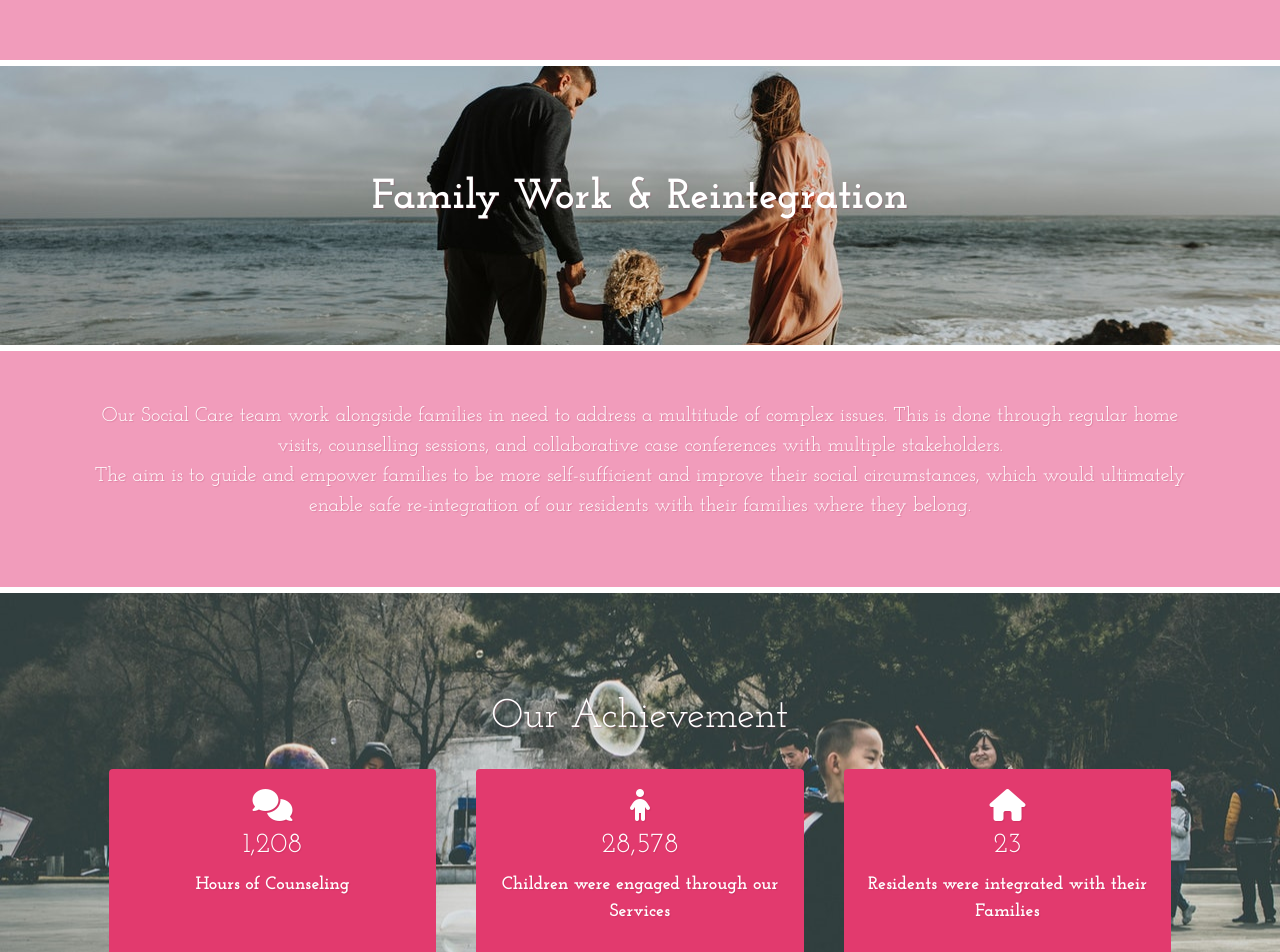
Repository: Code-Institute-Submissions/Jasonngyt-Project1
Page: services.html
The author's editor kept a record of every edit. The page is drawn from the files as they stood at one moment, then again after the next edit.
The browser window is 1280 px wide. The pictures show the part of the page from y = 1157 to 2109 px (the page is 2863 px tall).
A picture or video elsewhere on the page could not be fetched, so the positions and the page height are approximate. Backgrounds fixed to the window are drawn as part of the page. Some web fonts or font styles are not loaded; a fallback is used. Some web libraries are served in a nearby version.

Above is the page before.

### services.html
<!DOCTYPE html>
<html lang="en">
<head>
    <meta charset="UTF-8">
    <meta name="viewport" content="width=device-width, initial-scale=1.0">
    <meta http-equiv="X-UA-Compatible" content="ie=edge">
    <title>Our Services</title>

    <!-- Bootsrap CSS -->
    <link rel="stylesheet" href="https://stackpath.bootstrapcdn.com/bootstrap/4.3.1/css/bootstrap.min.css" integrity="sha384-ggOyR0iXCbMQv3Xipma34MD+dH/1fQ784/j6cY/iJTQUOhcWr7x9JvoRxT2MZw1T" crossorigin="anonymous">

    <!-- Font Awesome -->
    <script src="https://kit.fontawesome.com/749eb0769b.js"></script>

    <!--Google Font -->
    <link href="https://fonts.googleapis.com/css?family=PT+Serif+Caption&display=swap" rel="stylesheet">

    <!-- mystyle.css -->
    <link rel="stylesheet" href="CSSstyle/mystyle2.css" type="text/css"/>

</head>
<body>

    <!-- Header Navbar -->
    <nav class="navbar navbar-expand-md navbar-light font-weight-bold header_nav">
        <div class="container-fluid d-inline-flex">
            <a class="navbar-brand" href="index1.html">
            <img src ="image/logo.png" class ="w-25"></a>
            <button class="navbar-toggler" type="button" data-toggle="collapse" data-target="#navbarSupportedContent">
                <span class="navbar-toggler-icon"></span>
            </button>

            <div class="collapse navbar-collapse" id="navbarSupportedContent">
                <ul class="navbar-nav ml-auto">
                    <li class="nav-item active">
                        <a class="nav-link nav text-uppercase" href="index1.html"><strong>About</strong><span class="sr-only">(current)</span></a>
                    </li>
                    <li class="nav-item">
                        <a class="nav-link text-uppercase" href="services.html"><strong>Our Services</strong></a>
                    </li>
                    <li class="nav-item">
                        <a class="nav-link text-uppercase" href="enquiry.html" tabindex="-1"><strong>Contact Us</strong></a>
                    </li>
                </ul>
            </div>
        </div>
    </nav>


    <!-- Our Services -->

    <h1>Our Services</h1>
    <div class="service1_photo font-weight-bold">
        <p>Casework & Counselling</p>
    </div>

    <div class="service_word">
        <p class="container">
            Residents in our care are provided individually tailored Care Plans, managed by our Social and Case Workers.
            <br>Casework interventions, therapeutic services and counselling support, are other important services provided
            <br>to address the various behavioural, social and emotional needs of our residents.
        </p>
    </div>

    <div class="service2_photo font-weight-bold">
        <p>Art & Play Therapy</p>
    </div>

    <div class="service_word">
        <p class="container">
            To ensure that our residents benefit as much as they can during their stay in Melrose Home, art and play therapies have been made available to those residents with higher needs.
            Art therapy in both individual and group formats were offered to both children and youths, while play therapy was offered on an individual basis.
            The art and play therapies complemented the various social work interventions in meeting the needs of our residents holistically and were very well received by the residents.
        </p>
    </div>

     <div class="service3_photo font-weight-bold">
        <p>Family Work & Reintegration</p>
    </div>

    <div class="service_word">
        <p class="container">
            Our Social Care team work alongside families in need to address a multitude of complex issues.  This is done through regular home visits, counselling sessions, and collaborative case conferences with multiple stakeholders.
            <br>The aim is to guide and empower families to be more self-sufficient and improve their social circumstances, which would ultimately enable safe re-integration of our residents with their families where they belong.
        </p>
    </div>


     <!-- Our Achievement -->

    <div class="achievement_photo">
        <h1>Our Achievement</h1>
        <div class="row justify-content-center">
            <div class="achievement rounded col-sm-12 col-md-3 font-weight-bold text-center"><h2 class="fas fa-comments"></h2><h3>1,208</h3> <p> Hours of Counseling </p></div>
            <div class="achievement rounded col-sm-12 col-md-3 font-weight-bold text-center"><h2 class="fas fa-child"></h2><h3>28,578</h3> <p> Children were engaged through our Services </p></div>
            <div class="achievement rounded col-sm-12 col-md-3 font-weight-bold text-center"><h2 class="fas fa-home"></h2><h3>23</h3> <p> Residents were integrated with their Families </p></div>
        </div>
    </div>


    <!-- Our Event -->

    <div class="container">
        <h2>Children Home Events</h2>
        <div class="row m-2">
            <div class="col-sm-5 col-md-3 card-img-top"><img src ="image/event1_photo.jpg" class ="w-100">
                <div class="card-body text-center shadow event_style">Art & Craft Session with Volunteer</div>
            </div>
            <div class="col-sm-5 col-md-3 card-img-top"><img src ="image/event2_photo.png" class ="w-100">
                <div class="card-body text-center shadow event_style">Preloved Toys Donated to  Children Home</div>
            </div>
            <div class="col-sm-5 col-md-3 card-img-top"><img src ="image/event3_photo.jpg" class ="w-100" style="height:152px;">
                <div class="card-body text-center shadow event_style">Children re-painted Dormitory</div>
            </div>
            <div class="col-sm-5 col-md-3 card-img-top"><img src ="image/event4_photo.jpg" class ="w-100" style="height:152px;">
                <div class="card-body text-center shadow event_style">Children Artwork for Charity Drive</div>
            </div>
        </div>
        <div class="row m-2">
            <div class="col-sm-5 col-md-3 card-img-top"><img src ="image/event5_photo.jpg" class ="w-100 d-sm-none d-md-block">
                <div class="card-body text-center shadow event_style">Children Playtime</div>
            </div>
            <div class="col-sm-5 col-md-3 card-img-top"><img src ="image/event6_photo.jpg" class ="w-100 d-sm-none d-md-block">
                <div class="card-body text-center shadow event_style">Annual Athletic Meet</div>
            </div>
            <div class="col-sm-5 col-md-3 card-img-top"><img src ="image/event7_photo.jpg" class ="w-100 d-sm-none d-md-block">
                <div class="card-body text-center shadow event_style">Art Therapy Session</div>
            </div>
            <div class="col-sm-5 col-md-3 card-img-top"><img src ="image/event8_photo.jpg" class ="w-100 d-sm-none d-md-block">
                <div class="card-body text-center shadow event_style">Cooking Lesson by Volunteer</div>
            </div>
        </div>
    </div>


    <!-- Footer Navbar -->

    <nav class="navbar navbar-light justify-content-md-center footer_nav">
        <div class="row pr-mb-3 p-sm-2">
            <div class="fas fa-map-marked-alt pr-4"> Address: 24 Ang Mo Kio Street 5, Singapore 661565</div>
        </div>
        <div class="row pr-mb-3 p-sm-2">
            <div class="fas fa-phone-volume pr-4"> Contact: 64528729</div>
            <div class="fas fa-envelope pr-4"> Email: <a href="maito: sparkletree@charity.com">sparkletree@charity.com </a></div>
        </div>
        <div class="row p-sm-1" align="left">
            <div class="pr-4">Follow Us on</div>
            <a class="navbar-brand" href="#! pr-4"><i class="fab fa-facebook-square text-white pr-3"></i></a>
            <a class="navbar-brand" href="#!"><i class="fab fa-instagram text-white"></i></a>
        </div>
    </nav>


    <!-- Bootstrap Javascript -->

    <script src="https://code.jquery.com/jquery-3.3.1.slim.min.js" integrity="sha384-q8i/X+965DzO0rT7abK41JStQIAqVgRVzpbzo5smXKp4YfRvH+8abtTE1Pi6jizo" crossorigin="anonymous"></script>
    <script src="https://cdnjs.cloudflare.com/ajax/libs/popper.js/1.14.7/umd/popper.min.js" integrity="sha384-UO2eT0CpHqdSJQ6hJty5KVphtPhzWj9WO1clHTMGa3JDZwrnQq4sF86dIHNDz0W1" crossorigin="anonymous"></script>
    <script src="https://stackpath.bootstrapcdn.com/bootstrap/4.3.1/js/bootstrap.min.js" integrity="sha384-JjSmVgyd0p3pXB1rRibZUAYoIIy6OrQ6VrjIEaFf/nJGzIxFDsf4x0xIM+B07jRM" crossorigin="anonymous"></script>

</body>
</html>

### CSSstyle/mystyle2.css

@import url('//fonts.googleapis.com/css?family=Josefin+Slab:400,700');

/* Enquire CSS */

*{
	padding: 0px;
	margin: 0px;
	box-sizing: border-box;
}


/* Our Service CSS */

.service1_photo{
	background-image: url("../image/service1_photo.jpg");
	background-position: center;
	background-attachment: fixed;
	background-size: cover;
    padding-top: 100px;
    padding-bottom: 100px;
    font-family:'Josefin Slab', 'Myriad Pro', Arial, sans-serif;
    font-size: 42px;
    text-shadow: 1px 1px 1px rgba(151,24,64,0.2);
    width:100%;
    color: white;
    text-align: center;
    overflow: hidden;
    display: inline-block;
}

.service2_photo{
	background-image: url("../image/service2_photo.jpg");
	background-position: center;
	background-attachment: fixed;
	background-size: cover;
    padding-top: 100px;
    padding-bottom: 100px;
    font-family:'Josefin Slab', 'Myriad Pro', Arial, sans-serif;
    font-size: 42px;
    text-shadow: 1px 1px 1px rgba(151,24,64,0.2);
    width:100%;
    color: white;
    text-align: center;
    overflow: hidden;
    display: inline-block;
}

.service3_photo{
	background-image: url("../image/service3_photo.jpg");
	background-position: center;
	background-attachment: fixed;
	background-size: cover;
    padding-top: 100px;
    padding-bottom: 100px;
    font-family: 'Josefin Slab', Arial, sans-serif;
    font-size: 42px;
    text-shadow: 1px 1px 1px rgba(151,24,64,0.2);
    width:100%;
    color: white;
    text-align: center;
    overflow: hidden;
    display: inline-block;
}

.service_word{
    background-color: #F19CBB;
    padding-top: 50px;
    padding-bottom: 50px;
    font-family: 'Josefin Slab', Arial, sans-serif;
    font-size: 20px;
    text-shadow: 1px 1px 1px rgba(151,24,64,0.2);
    width:100%;
    color: white;
    text-align: center;
    overflow: hidden;
    display: inline-block;
}


/* Our Achievement CSS */

.achievement_photo{
	background-image: url("../image/achievement_photo.jpg");
	background-position: center;
	background-attachment: fixed;
	background-size: cover;
    padding-top: 100px;
    padding-bottom: 100px;
    font-family: 'Josefin Slab', Arial, sans-serif;
    font-size: 42px;
    text-shadow: 1px 1px 1px rgba(151,24,64,0.2);
    width:100%;
    color: white;
    text-align: center;
    font-size: large;
    overflow: hidden;
    display: inline-block;
}

.achievement {
    height: 200px;
    background-color: #e23a6e;
    margin: 20px;
    color: white;
    padding: 20px;
}


/* Our Event CSS */

.event_style{
    border: 1px solid #F19CBB;
    background-color: #F19CBB;
    color: white;
    font-family: 'Josefin Slab', Arial, sans-serif;
    text-shadow: 1px 1px 1px rgba(151,24,64,0.2);
}


/* Our Enquiry CSS */

.enquiry_bg{
    background-image: url("../image/pink_background.jpg");
    position: relative;
    width: 100vw;
    background-repeat: no-repeat;
    background-size: cover;
}

/* Video Player CSS in Enquiry */
.youtube-player{
    z-index: 1;
    margin: auto;
}

/* Header Navbar CSS */

.header_nav{
    font-family: 'Josefin Slab', Arial, sans-serif;
}

/* Footer Navbar CSS */

.footer_nav{
     background-color: #e23a6e;
     font-family: 'Josefin Slab', Arial, sans-serif;
     color: white;
     text-shadow: 1px 1px 1px rgba(151,24,64,0.2);
     left: 0;
     bottom: 0;
     padding-top: 5px;
     padding-bottom: 5px;
}

After the next edit:
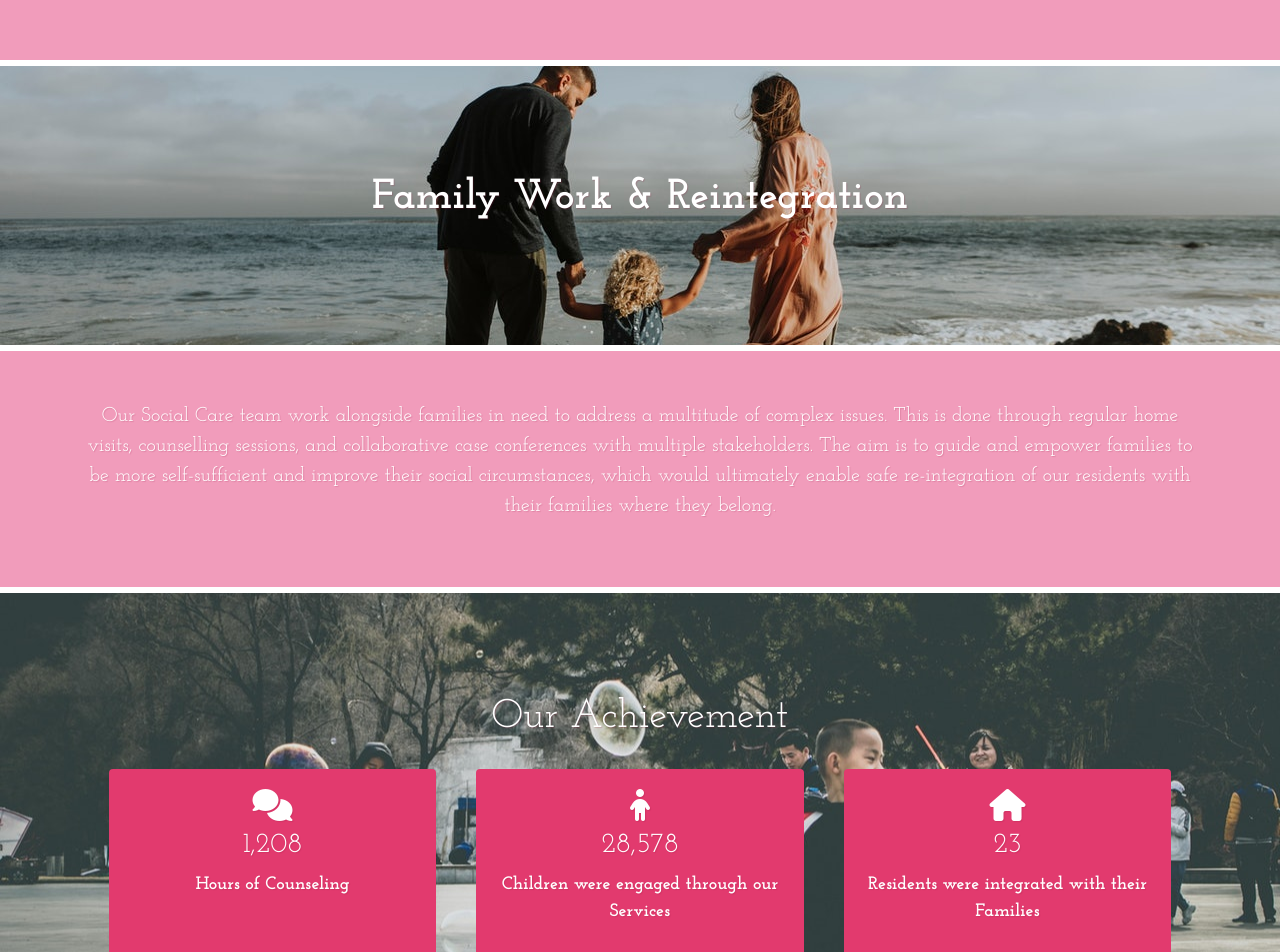
The edit:
--- a/services.html
+++ b/services.html
@@ -81,7 +81,7 @@
     <div class="service_word">
         <p class="container">
             Our Social Care team work alongside families in need to address a multitude of complex issues.  This is done through regular home visits, counselling sessions, and collaborative case conferences with multiple stakeholders.
-            <br>The aim is to guide and empower families to be more self-sufficient and improve their social circumstances, which would ultimately enable safe re-integration of our residents with their families where they belong.
+            The aim is to guide and empower families to be more self-sufficient and improve their social circumstances, which would ultimately enable safe re-integration of our residents with their families where they belong.
         </p>
     </div>
 
